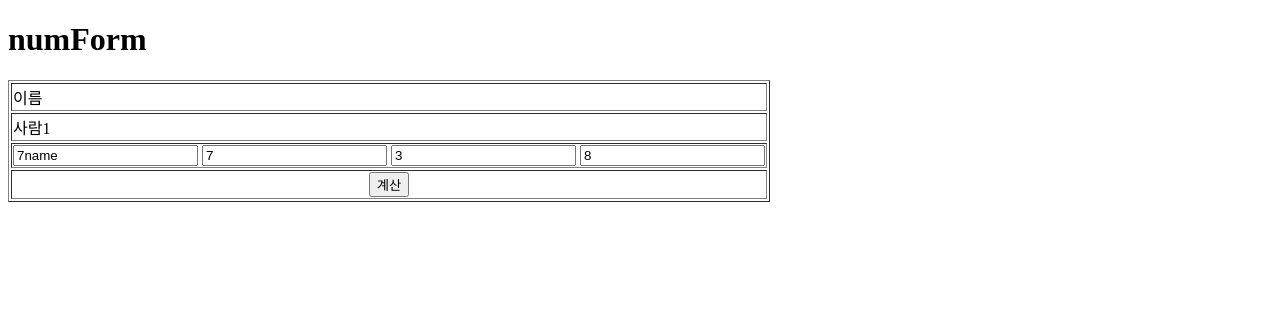
Repository: Jhoon0211/java_work
Page: http://localhost/jspProj/request/numForm2.jsp
These files come from the project's save history. The page is drawn as it stood at one moment and after the next save; the edit follows.
The browser window is 1280 px wide. The pictures show the whole page.
The page is served by Tomcat 9.

Above is the page before, as saved 2023-07-27 09:19:57.

After the next save:
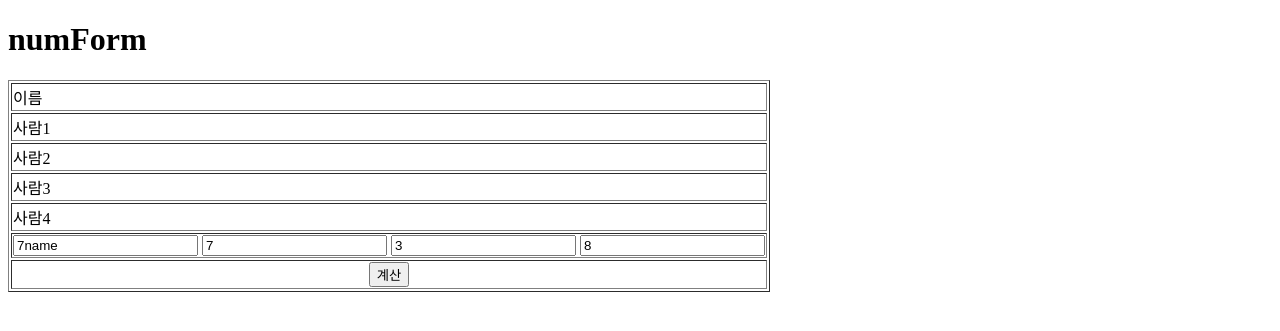
Saved 19 s later.
--- a/jspProj/src/main/webapp/request/numForm2.jsp
+++ b/jspProj/src/main/webapp/request/numForm2.jsp
@@ -44,6 +44,15 @@
 				<td>사람1</td>
 			</tr>
 			<tr>
+				<td>사람2</td>
+			</tr>
+			<tr>
+				<td>사람3</td>
+			</tr>
+			<tr>
+				<td>사람4</td>
+			</tr>
+			<tr>
 				<td>
 					<input type="text" name="student" value="<%=(int)(Math.random()*10) + "name" %>"/>
 					<input type="text" name="student" value="<%=(int)(Math.random()*10) %>"/>
